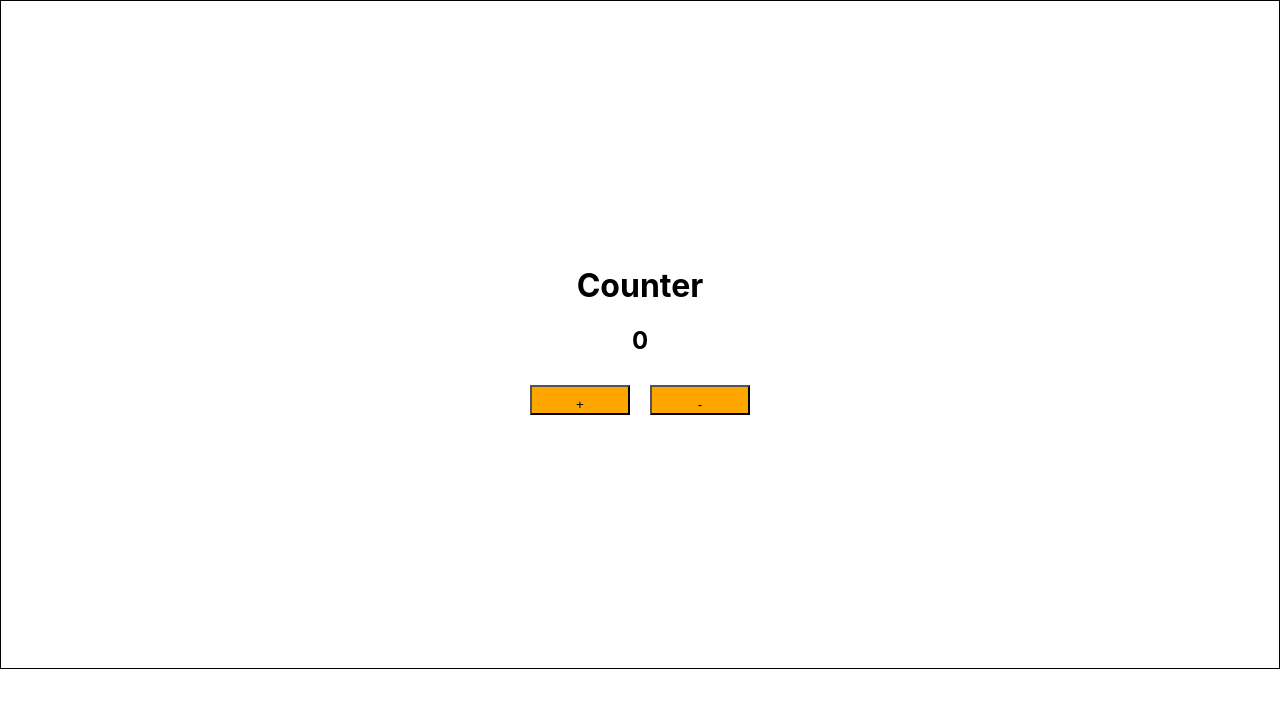
Repository: punitbathija/Placement-Assitance-iNeuron
Page: / (app in React/counterapp/)
These files come from the project's save history. The page is drawn as it stood at one moment and after the next save; the edit follows.
The browser window is 1280 px wide. The pictures show the whole page.
The project was rebuilt for these pictures with package versions that can differ from the ones it lists, and the page was loaded fresh each time.

Above is the page before, as saved 2023-06-05 15:31:05.

After the next save:
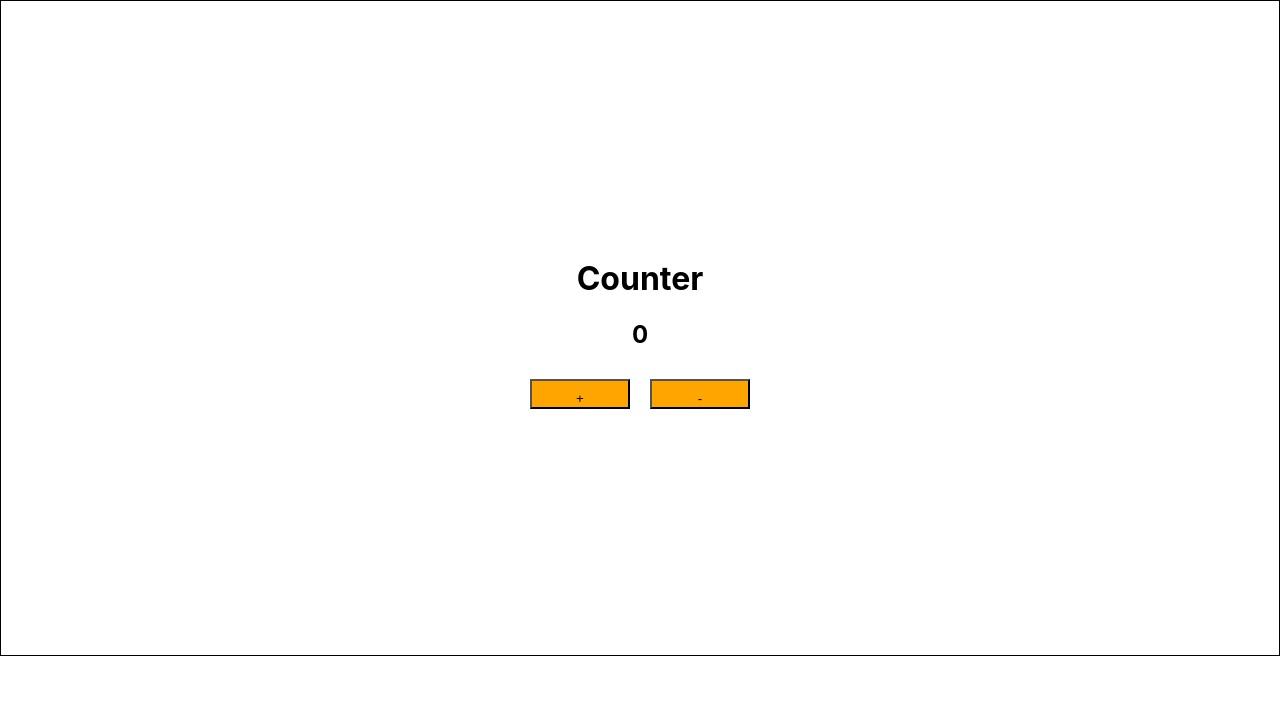
Saved 6 s later.
--- a/React/counterapp/src/Counter.jsx
+++ b/React/counterapp/src/Counter.jsx
@@ -13,7 +13,7 @@ const Counter = () => {
     }
   };
   return (
-    <div style={{ border: "1px solid black", padding: "19%" }}>
+    <div style={{ border: "1px solid black", padding: "18.5%" }}>
       <h1>Counter</h1>
       <h2>{count}</h2>
       <button
